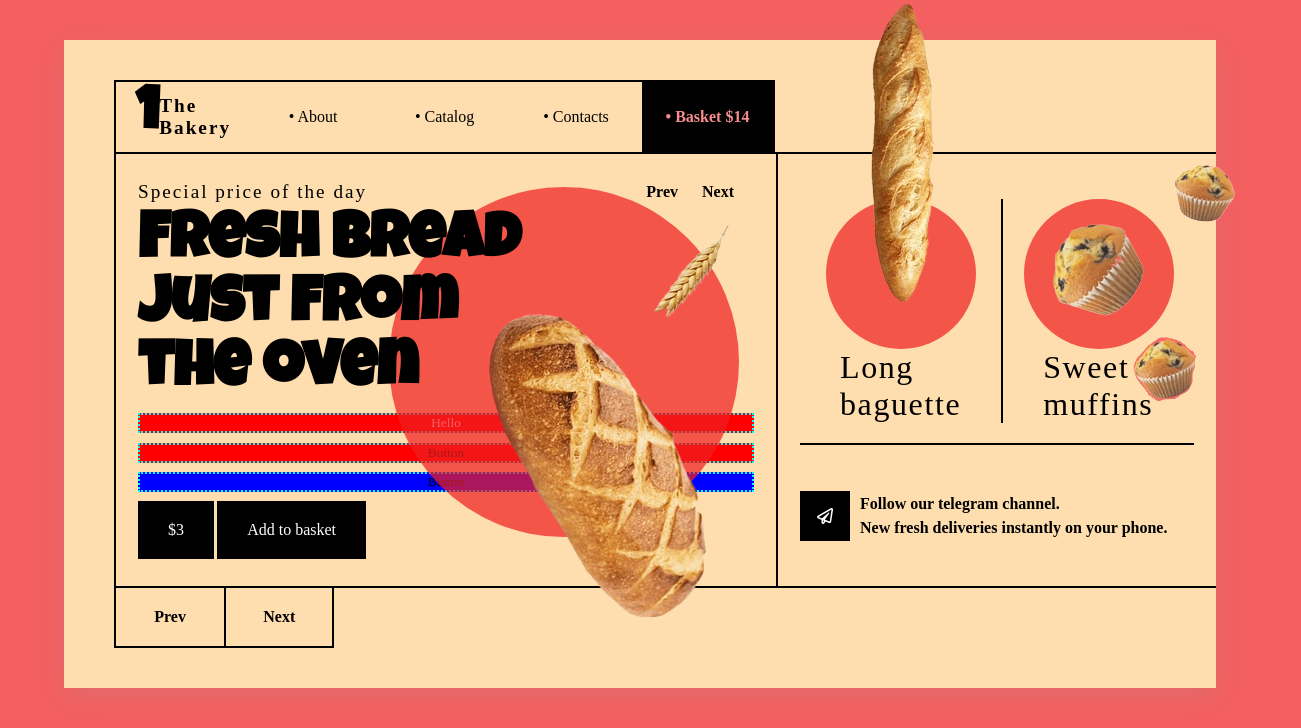
Repository: latenightsnacc/HTML-LESSONS
Page: WEB-DESIGN-2/PROJECTS/the1bakery/index.html
An editor plug-in stored every save of this project. The page is shown before and after the next save, followed by the edit.
The browser window is 1280 px wide. The page is 1301 px wide, so the pictures cover 1301 px, including what lies to the right of the window. The pictures show the whole page.
Some web fonts or font styles are not loaded; a fallback is used. Some web libraries are served in a nearby version.

Above is the page before, as saved 2021-09-23 12:49:14.

After the next save:
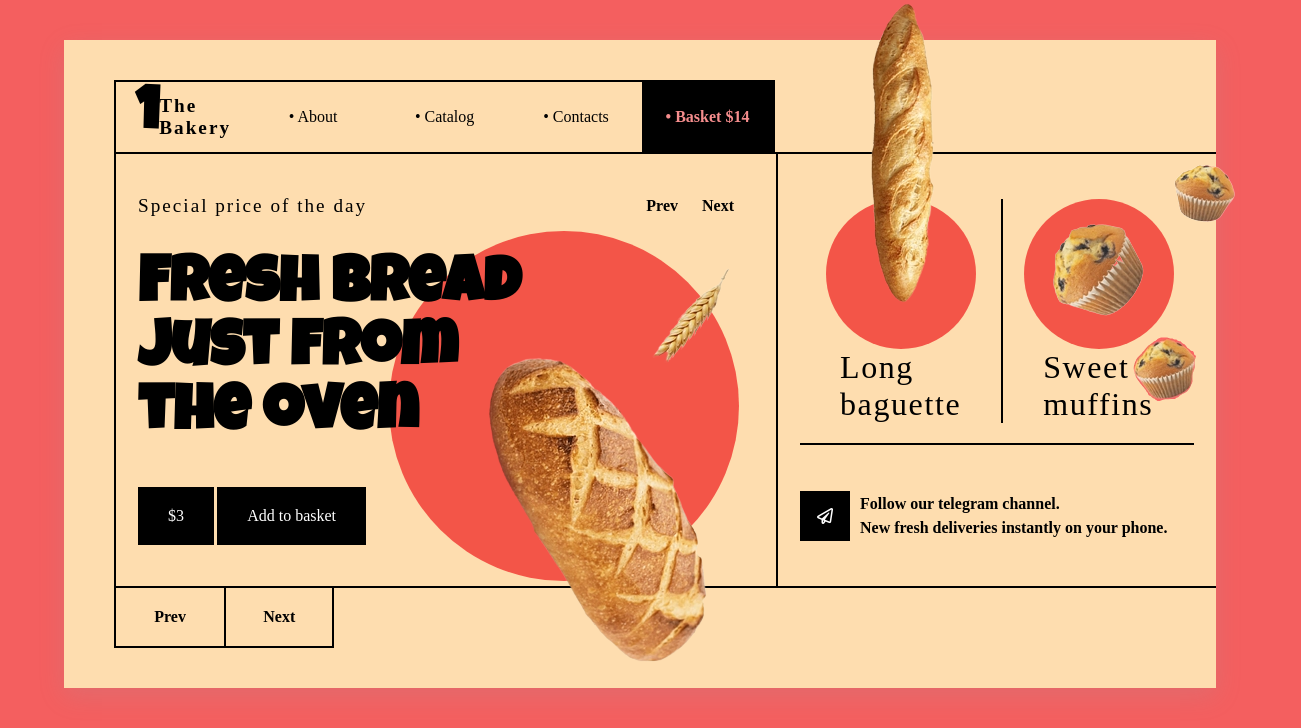
Saved 39 min 24 s later.
--- a/WEB-DESIGN-2/PROJECTS/the1bakery/index.html
+++ b/WEB-DESIGN-2/PROJECTS/the1bakery/index.html
@@ -64,9 +64,7 @@
                             <img class="loaf" src="assets/loaf.png" alt="">
                         </div>
                     </div>
-                    <button id="white-btn" class="red-btn white">Hello</button>
-                    <button class="red-btn">Button</button>
-                    <button>Button</button>
+
                     <div class="cart-btn flex">
                         <div class="price btn">$3</div>
                         <div class="addToCart btn">Add to basket</div>
